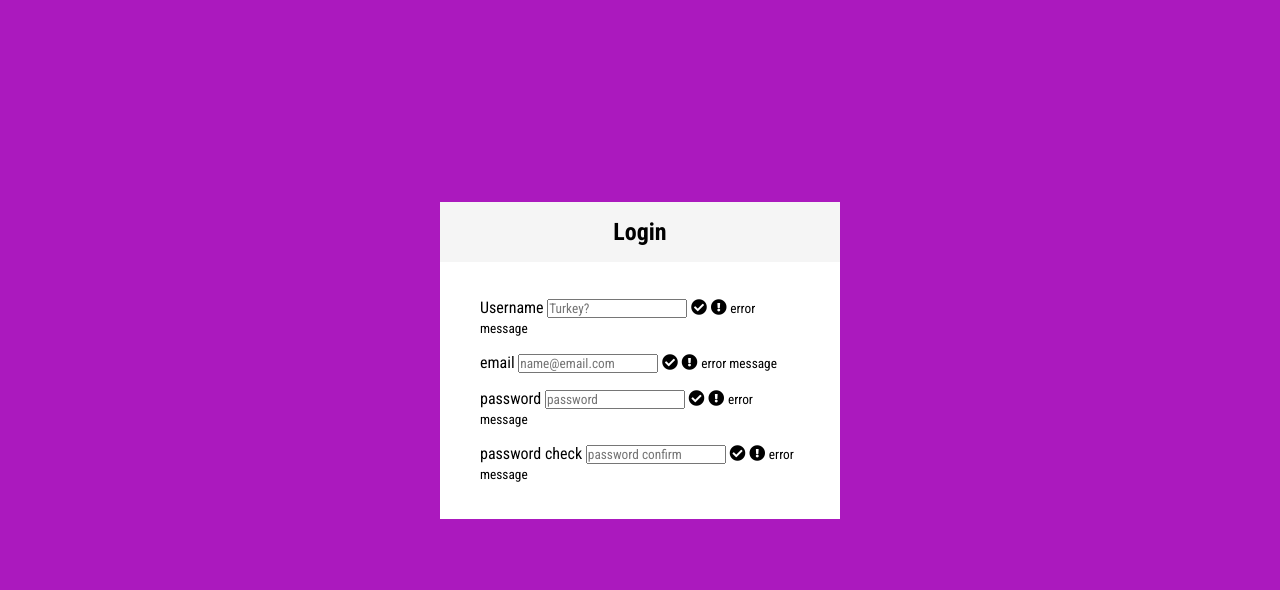
Repository: Abdoulrhman-altyeb/form-_validation-
Page: index.html
An editor plug-in stored every save of this project. The page is shown before and after the next save, followed by the edit.
The browser window is 1280 px wide. The pictures show the whole page.

Above is the page before, as saved 2021-05-23 20:46:39.

### index.html
<!DOCTYPE html>
<html lang="en">
<head>
    <meta charset="UTF-8">
    <meta http-equiv="X-UA-Compatible" content="IE=edge">
    <meta name="viewport" content="width=device-width, initial-scale=1.0">
    <link rel="stylesheet" href="style.css">
    <link rel="stylesheet" href="https://cdnjs.cloudflare.com/ajax/libs/font-awesome/5.15.3/css/all.min.css"
        integrity="sha512-iBBXm8fW90+nuLcSKlbmrPcLa0OT92xO1BIsZ+ywDWZCvqsWgccV3gFoRBv0z+8dLJgyAHIhR35VZc2oM/gI1w=="
        crossorigin="anonymous" referrerpolicy="no-referrer" />
    <script src="script.js" defer></script>
    <title>form validation</title>
</head>
<body>
    <div class="container">
        <div class="header">
            <h2>Login</h2>
        </div>
        <form class="form">
            <div class="form-control">
                <label for="username">Username</label>
                <input type="text" placeholder="Turkey?" id="username">
                <i class="fa fa-check-circle"></i>
                <i class="fa fa-exclamation-circle"></i>
                <small>error message</small>
            </div>
            <div class="form-control">
                <label for="email">email</label>
                <input type="email" placeholder="name@email.com" id="email">
                <i class="fa fa-check-circle"></i>
                <i class="fa fa-exclamation-circle"></i>
                <small>error message</small>
            </div>
            <div class="form-control">
                <label for="password">password</label>
                <input type="password" placeholder="password" id="password">
                <i class="fa fa-check-circle"></i>
                <i class="fa fa-exclamation-circle"></i>
                <small>error message</small>
            </div>
            <div class="form-control">
                <label for="password2">password check</label>
                <input type="password" placeholder="password confirm" id="password2">
                <i class="fa fa-check-circle"></i>
                <i class="fa fa-exclamation-circle"></i>
                <small>error message</small>
            </div>
        </form>
    </div>
</body>
</html>

### style.css
@import url('https://fonts.googleapis.com/css2?family=Roboto+Condensed:wght@400;700&display=swap');
*{
    padding:0;
    margin:0;
    box-sizing:border-box;
    font-family: 'Roboto Condensed', sans-serif;
}
body{
    display: flex;
    justify-content: center;
    align-items: center;
    min-height:100vh;
    background:rgb(171, 25, 190);
}
.container{
    background:white;
    width:400px;
    display: flex;
    flex-direction: column;
}
.header{
    text-align: center;
    padding:10px 40px;
    padding:1rem;
    background:whitesmoke;
    margin-bottom:1rem;
}
.form{
    padding:20px 40px;
}
.form-control{
    margin-bottom:1rem;
}

Loaded but not shown: script.js (no copy from this time; the picture is the same without it)

After the next save:
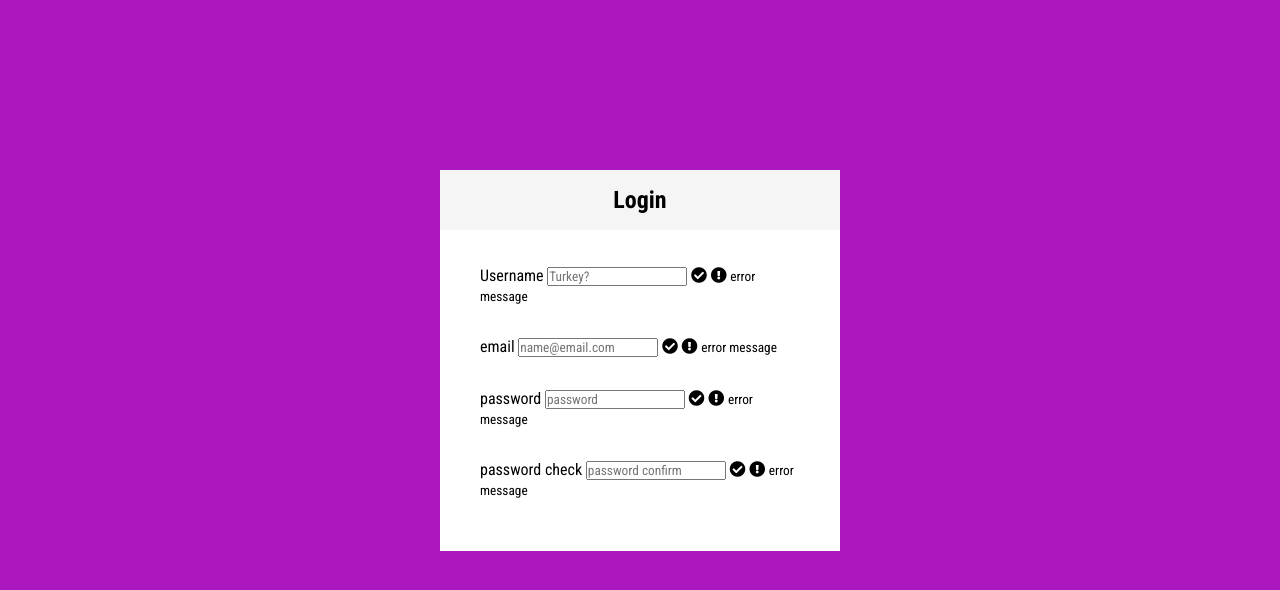
Saved 5 s later.
--- a/style.css
+++ b/style.css
@@ -30,4 +30,5 @@ body{
 }
 .form-control{
     margin-bottom:1rem;
+    padding-bottom:1rem;
 }
